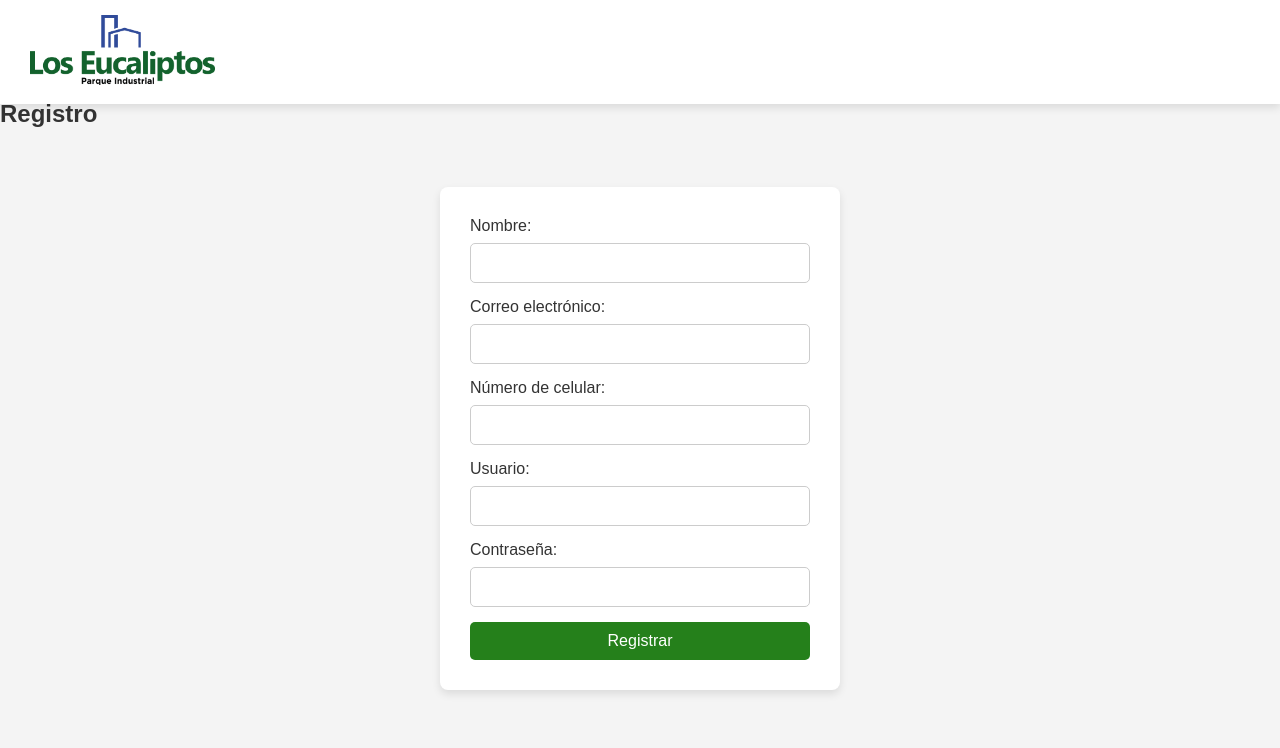
Repository: Los-Eucaliptos-WebApp/Los-Eucaliptos-FrontEnd
Page: pages/los-eucaliptos-register/index.html
The author's editor kept a copy of each file at every save. The page is drawn from the files as they stood at one save, then again after a run of saves.
The browser window is 1280 px wide. The pictures show the whole page.

Above is the page before, as saved 2025-02-17 06:04:12.

After the next 2 saves:
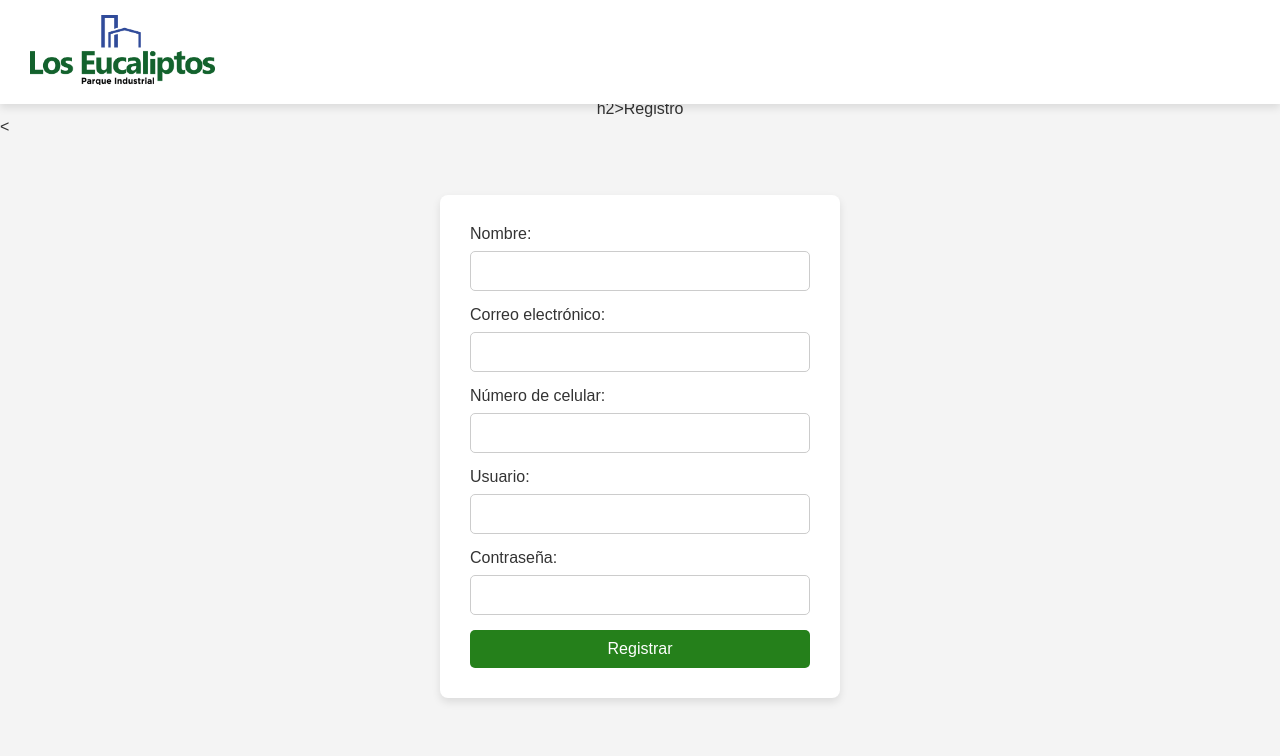
The 2 saves are shown as one change because they came seconds apart.
The last was saved 10 s later.
--- a/pages/los-eucaliptos-register/index.html
+++ b/pages/los-eucaliptos-register/index.html
@@ -15,7 +15,7 @@
             <img src="/assets/logo-los-eucaliptos.png" alt="Los Eucaliptos Logo">
         </div>
     </header>
-    <center></center> <h2>Registro</h2>
+    <center>h2>Registro</h2></center> <
   <div class="container-register">
     <div class="register-box">
 
